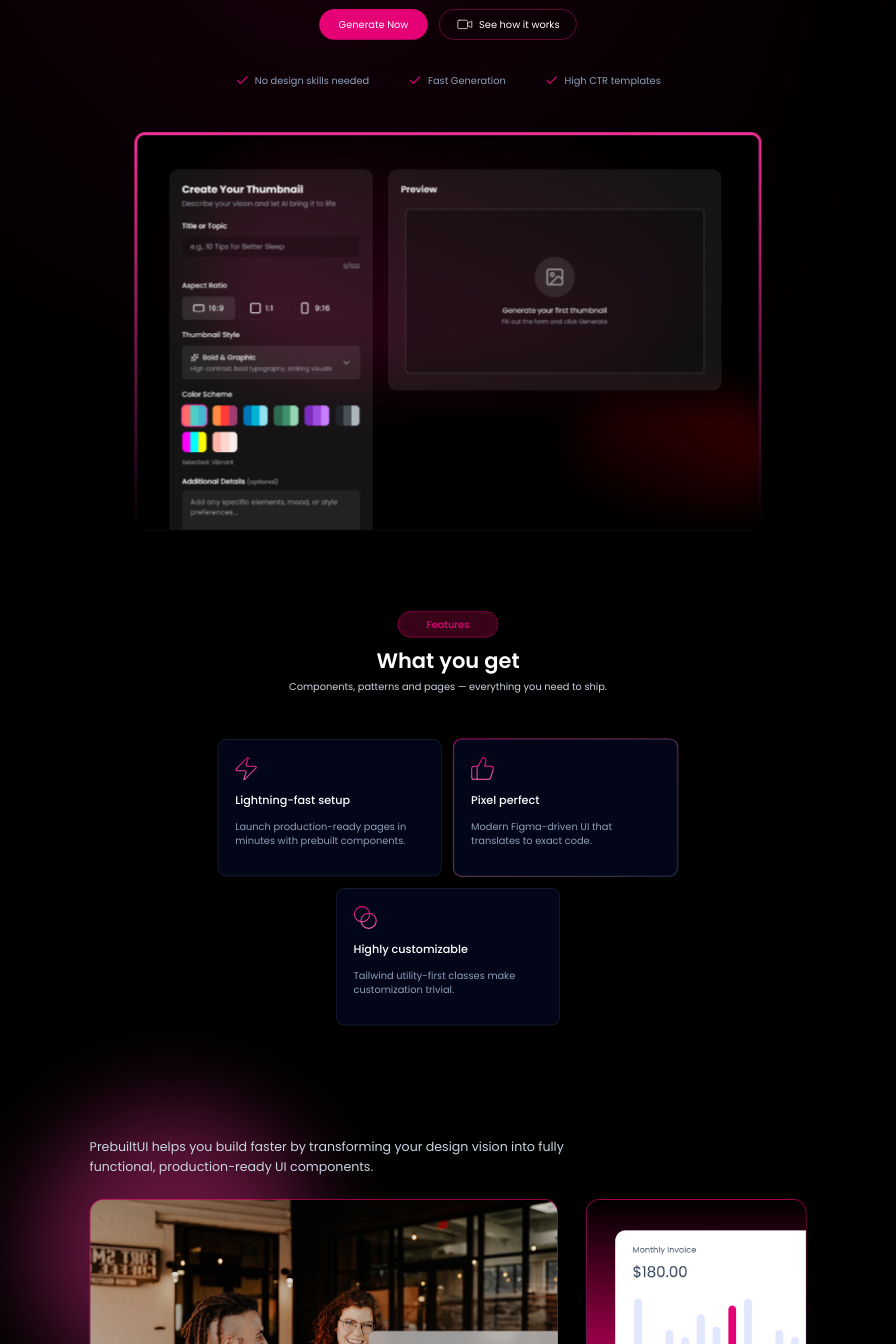
Repository: abhiraj33181/Thumblify
Page: / (app in client/)
The author's editor kept a copy of each file at every save. The page is drawn from the files as they stood at one save, then again after the next save.
The browser window is 1280 px wide. The pictures show the part of the page from y = 467 to 2387 px (the page is 5450 px tall), at 70% of full size.
The project was rebuilt for these pictures with package versions that can differ from the ones it lists, and the page was loaded fresh each time. Also part of the build but not shown: client/vite.config.ts.

Above is the page before, as saved 2026-01-08 09:33:01.

After the next save:
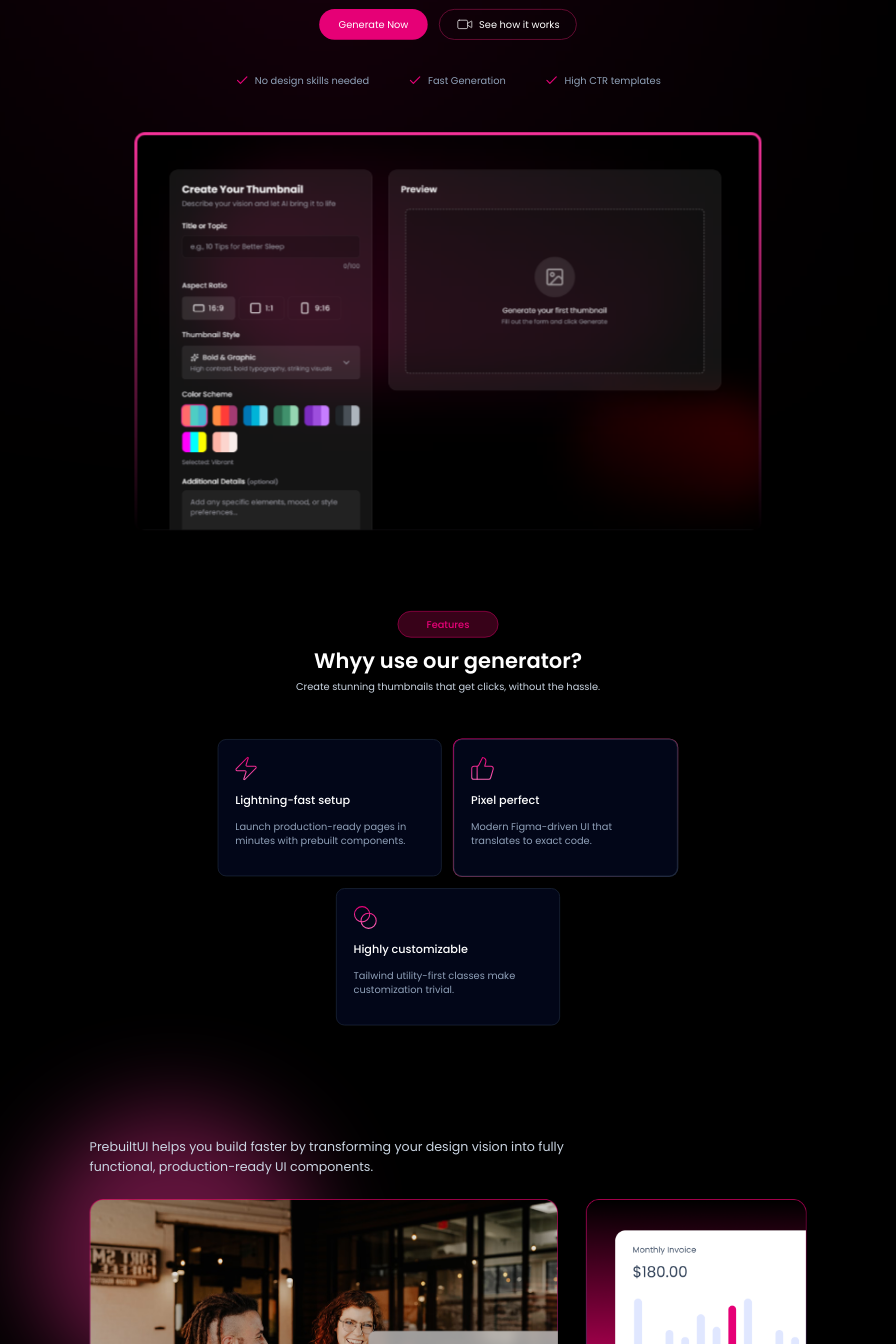
Saved 2 min 6 s later.
--- a/client/src/sections/FeaturesSection.tsx
+++ b/client/src/sections/FeaturesSection.tsx
@@ -8,7 +8,7 @@ import type { IFeature } from "../types";
 export default function FeaturesSection() {
     return (
         <div id="features" className="px-4 md:px-16 lg:px-24 xl:px-32">
-            <SectionTitle text1="Features" text2="What you get" text3="Components, patterns and pages — everything you need to ship." />
+            <SectionTitle text1="Features" text2="Whyy use our generator?" text3="Create stunning thumbnails that get clicks, without the hassle." />
             <div className="flex flex-wrap items-center justify-center gap-6 md:gap-4 mt-16 px-6">
                 {featuresData.map((feature: IFeature, index: number) => (
                     <motion.div key={index} className={`${index === 1 ? 'p-px rounded-[13px] bg-linear-to-br from-pink-600 to-slate-800' : ''}`}
